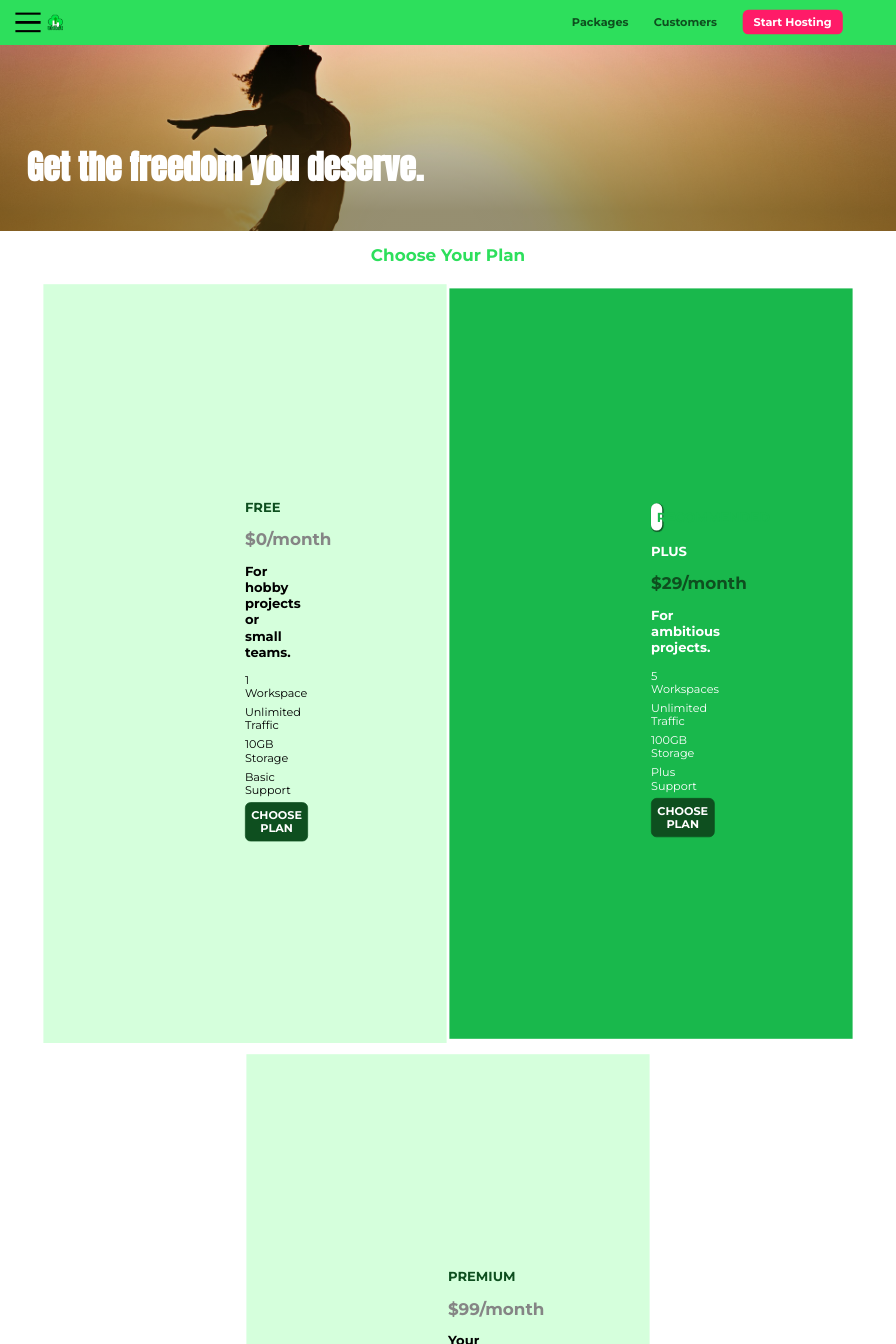
Repository: luacooli/css-course
Page: my_project/index.html
These files come from the project's save history. The page is drawn as it stood at one moment and after the next save; the edit follows.
The browser window is 1280 px wide. The pictures show the part of the page from y = 0 to 1920 px (the page is 3056 px tall before and 1329 px after), at 70% of full size.

Above is the page before, as saved 2020-09-16 07:12:28.

After the next save:
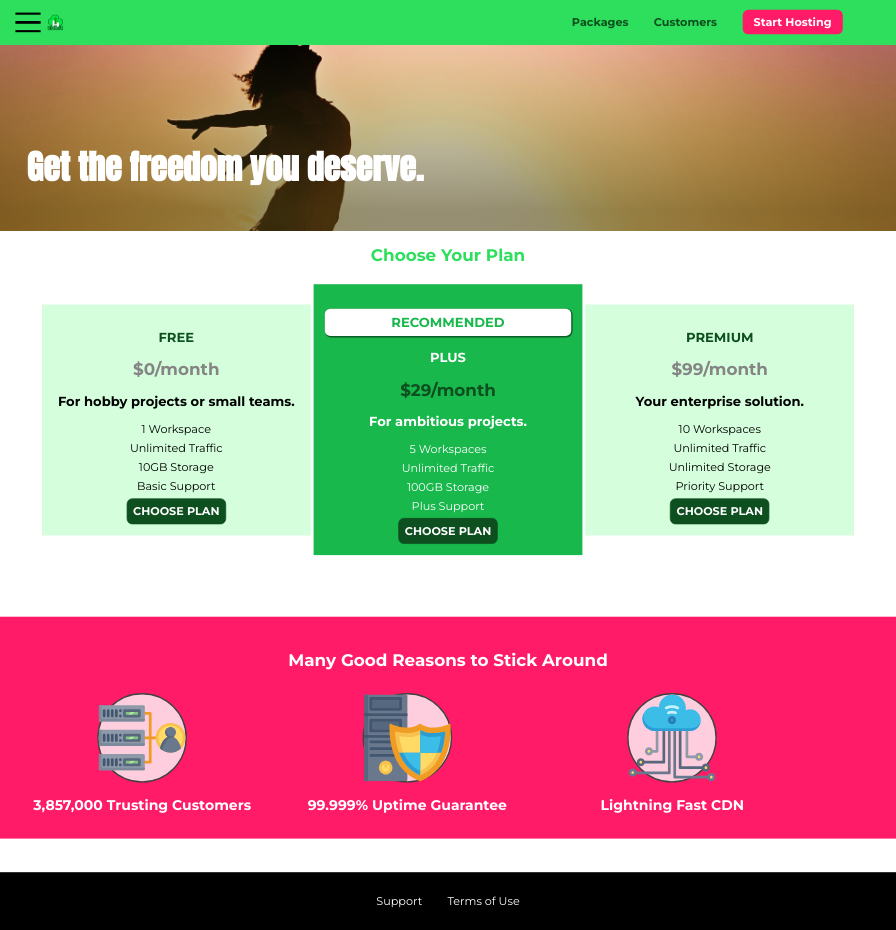
Saved 2 min 43 s later.
--- a/my_project/main.css
+++ b/my_project/main.css
@@ -45,7 +45,7 @@
 .plan {
   background: #d5ffdc;
   text-align: center;
-  padding: 18rem;
+  padding: 1rem;
   margin: .5rem 0;
   width: 100%;
 }
